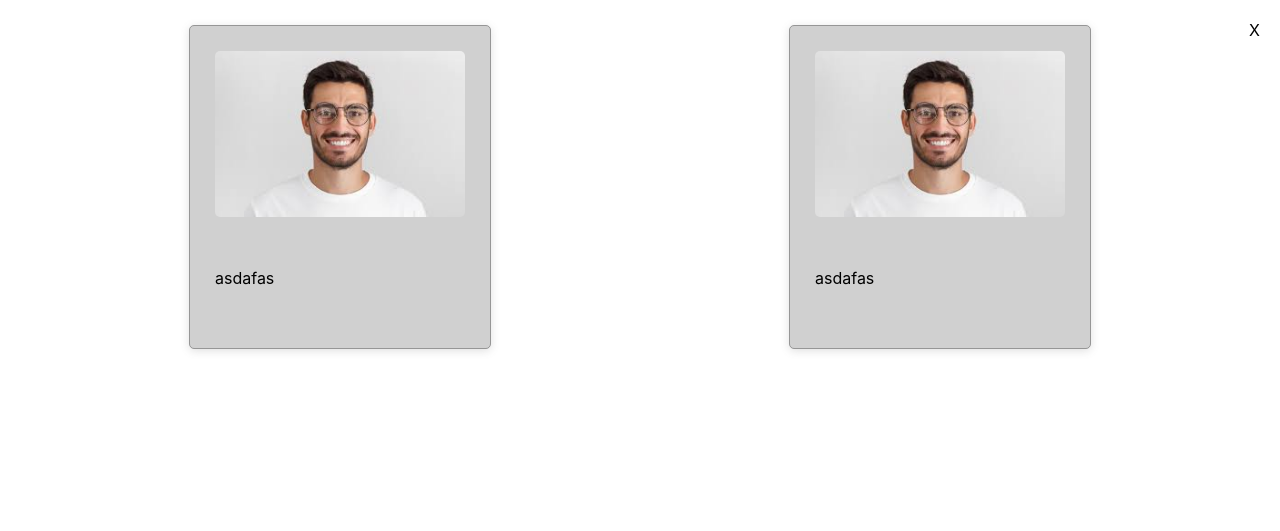
Repository: mikelnorth/team-profile-demo
Page: /
An editor plug-in stored every save of this project. The page is shown before and after the next save, followed by the edit.
The browser window is 1280 px wide. The pictures show the whole page.
The project was rebuilt for these pictures with package versions that can differ from the ones it lists, and the page was loaded fresh each time.

Above is the page before, as saved 2022-05-19 19:26:07.

After the next save:
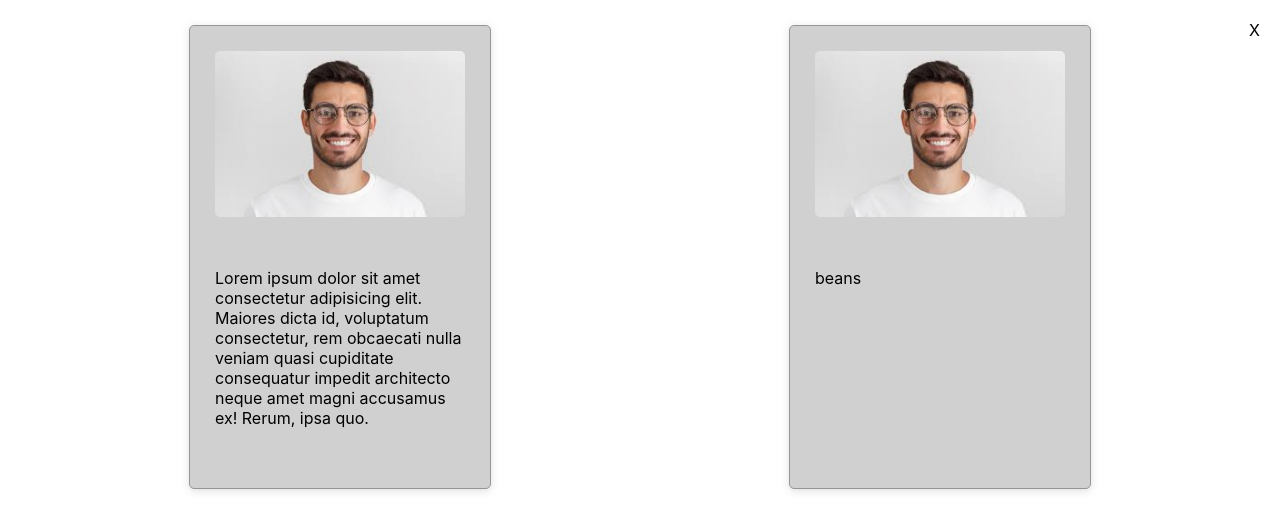
Saved 8 s later.
--- a/src/App.js
+++ b/src/App.js
@@ -14,7 +14,7 @@ function App() {
 
       <main>
         {people.map((person) => {
-          return <Card person={person}><p>asdafas</p></Card>
+          return <Card person={person}><p>{person.text}</p></Card>
         })}
       </main>
 
